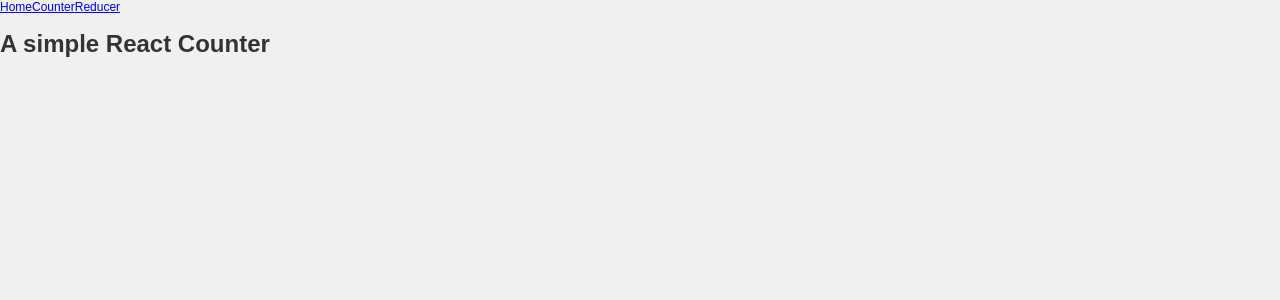
Repository: qudos4real/altschool-second-sem
Page: /
These files come from the project's save history. The page is drawn as it stood at one moment and after the next save; the edit follows.
The browser window is 1280 px wide. The pictures show the whole page.
The project was rebuilt for these pictures with package versions that can differ from the ones it lists, and the page was loaded fresh each time. Also part of the build but not shown: src/hooks/useCounter.js, src/Components/Counter.js, src/App.css, src/hooks/reducer.1.js, src/Components/Reducer.js, src/Components/NotFound.js, src/Components/ErrorBoundary.js.

Above is the page before, as saved 2022-11-04 17:28:52.

After the next save:
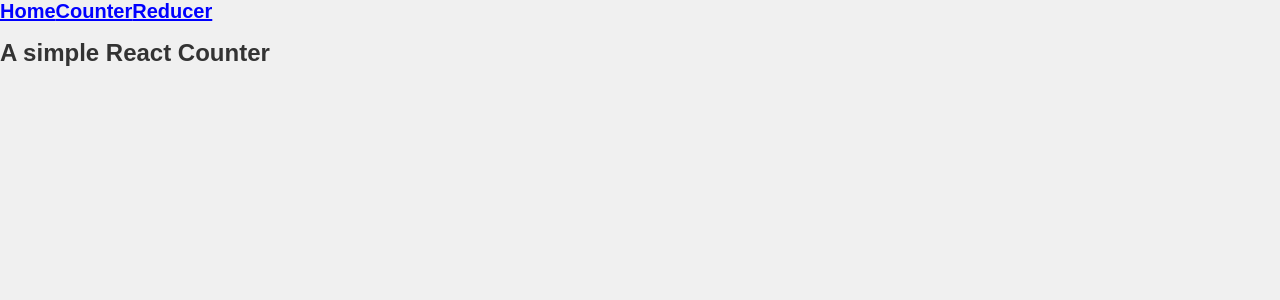
Saved 98 s later.
--- a/src/CSS/Counter.css
+++ b/src/CSS/Counter.css
@@ -62,7 +62,7 @@ body {
     margin-bottom: 10px;
     color: red;
 }
-.link{
+.Active{
     font-size: 20px;
     font-weight: bold;
     margin-bottom: 10px;
